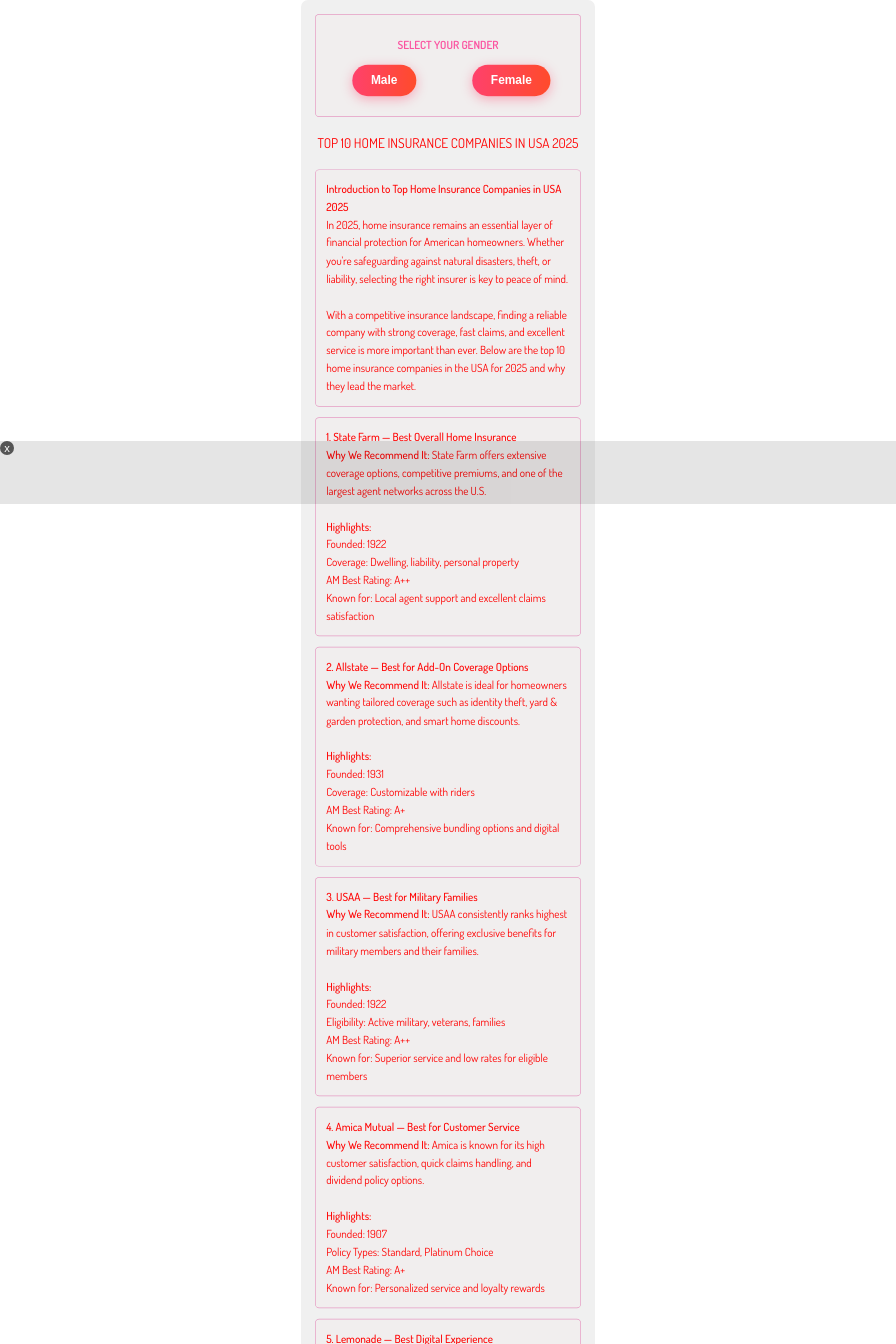
Repository: meenadabhii/swyplay.com
Page: loan48/human.html
An editor plug-in stored every save of this project. The page is shown before and after the next save, followed by the edit.
The browser window is 1280 px wide. The pictures show the part of the page from y = 0 to 1920 px (the page is 5123 px tall before and 5373 px after), at 70% of full size.

Above is the page before, as saved 2025-09-06 17:04:49.

After the next save:
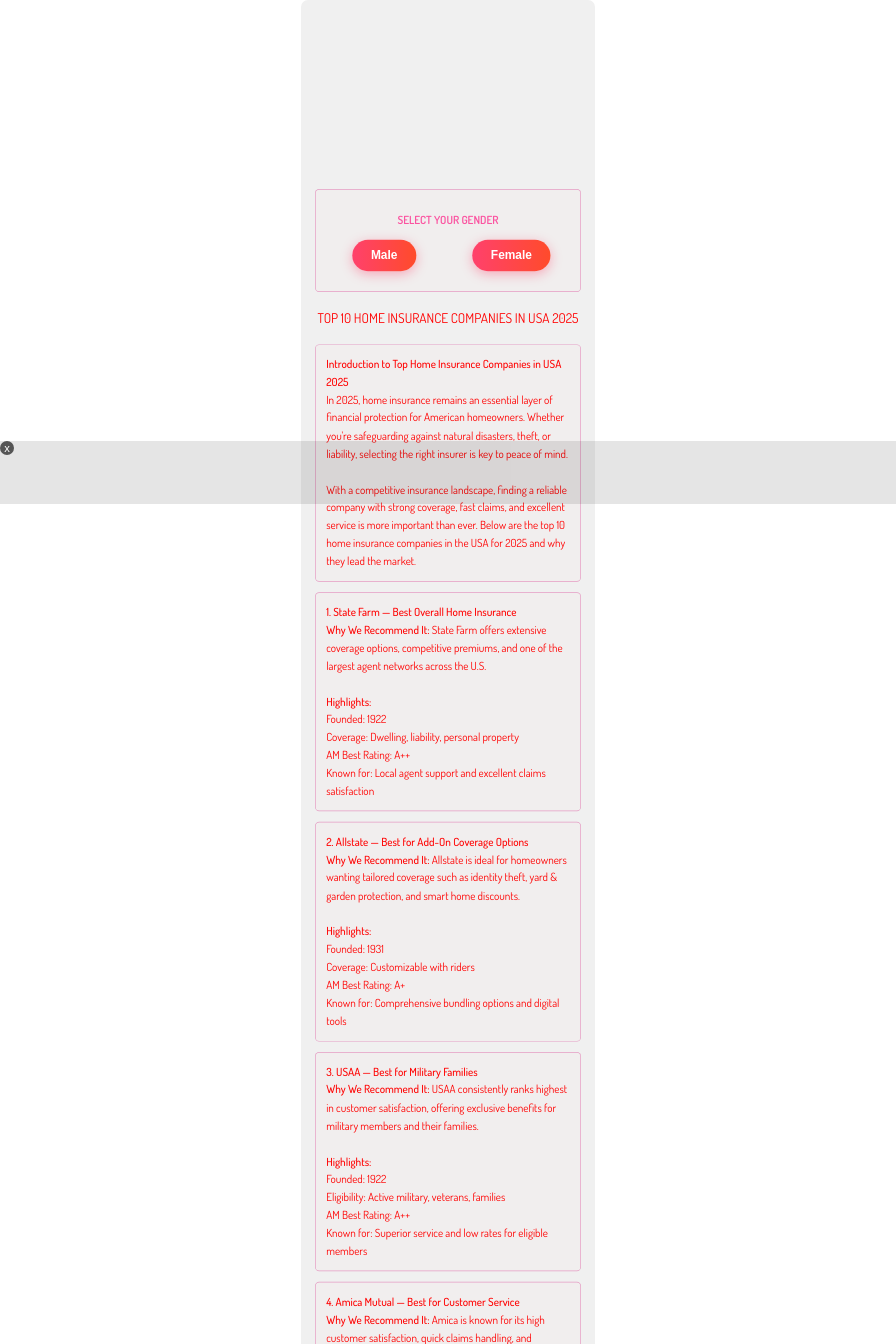
Saved 20 s later.
--- a/loan48/human.html
+++ b/loan48/human.html
@@ -287,7 +287,7 @@
 
         <!-- Display Banner 250x250 -->
 
-        <div id="div-gpt-ad-1"></div>
+        <div id="div-gpt-ad-1" style="min-width:300px; min-height:250px;"></div>
 
         <div class=" paragraph-box">
 
